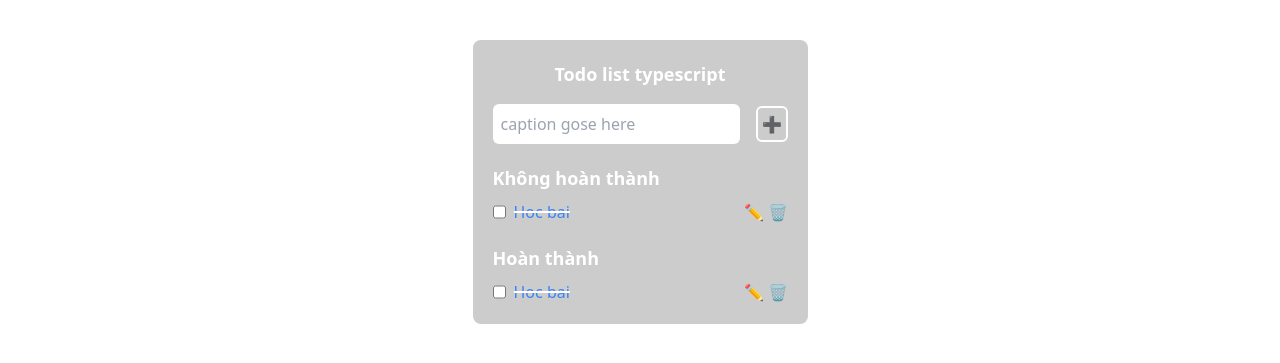
Repository: VIET-TU/react-super-main
Page: / (app in todolist-mybuild/)
An editor plug-in stored every save of this project. The page is shown before and after the next save, followed by the edit.
The browser window is 1280 px wide. The pictures show the whole page.
The project was rebuilt for these pictures with package versions that can differ from the ones it lists, and the page was loaded fresh each time. Also part of the build but not shown: todolist-mybuild/vite.config.ts.

Above is the page before, as saved 2023-05-16 08:01:37.

After the next save:
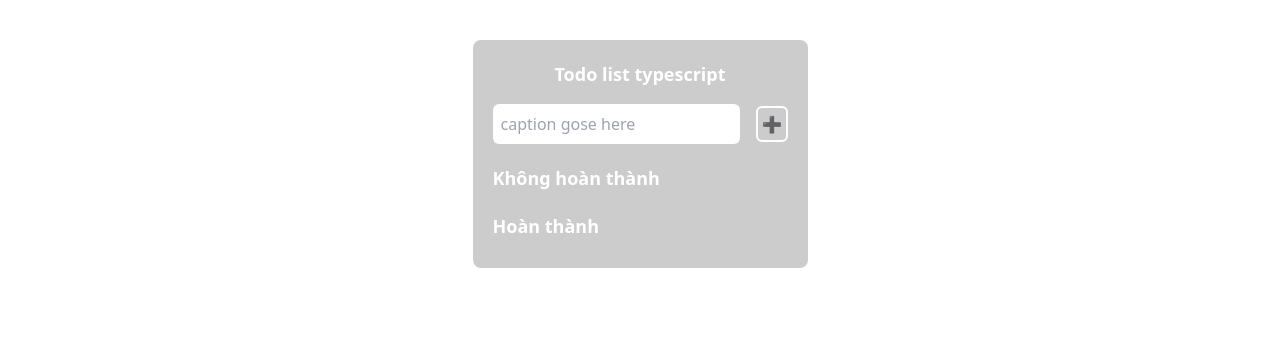
Saved 13 s later.
--- a/todolist-mybuild/src/components/TaskList/TaskList.tsx
+++ b/todolist-mybuild/src/components/TaskList/TaskList.tsx
@@ -35,7 +35,7 @@ const TaskList = (props: ITaskList) => {
             </div>
           ))}
 
-          <div className='flex justify-between task'>
+          {/* <div className='flex justify-between task'>
             <div className='flex gap-2'>
               <input type='checkbox' name='' id=' ' />
               <div className='relative'>
@@ -47,7 +47,7 @@ const TaskList = (props: ITaskList) => {
               <button>✏️</button>
               <button>🗑️</button>
             </div>
-          </div>
+          </div> */}
         </div>
       </div>
     </div>
